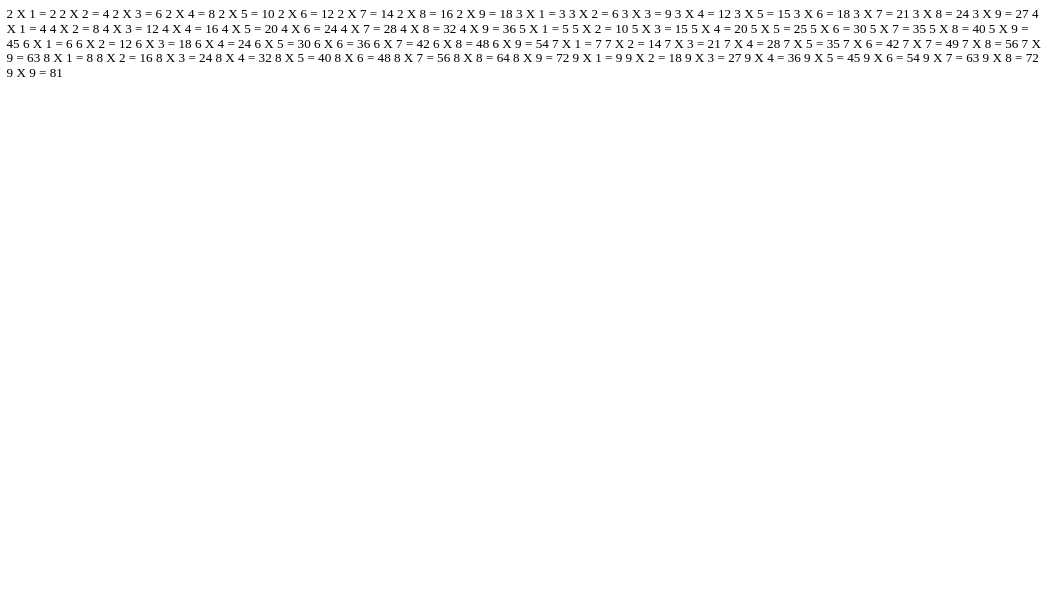
Repository: lhk21go-commits/Jsp2026
Page: http://localhost/chapter01/test02.jsp
An editor plug-in stored every save of this project. The page is shown before and after the next save, followed by the edit.
The browser window is 1280 px wide. The pictures show the whole page, at 82% of full size.
The page is served by Tomcat 9.

Above is the page before, as saved 2026-10-16 02:34:15.

After the next save:
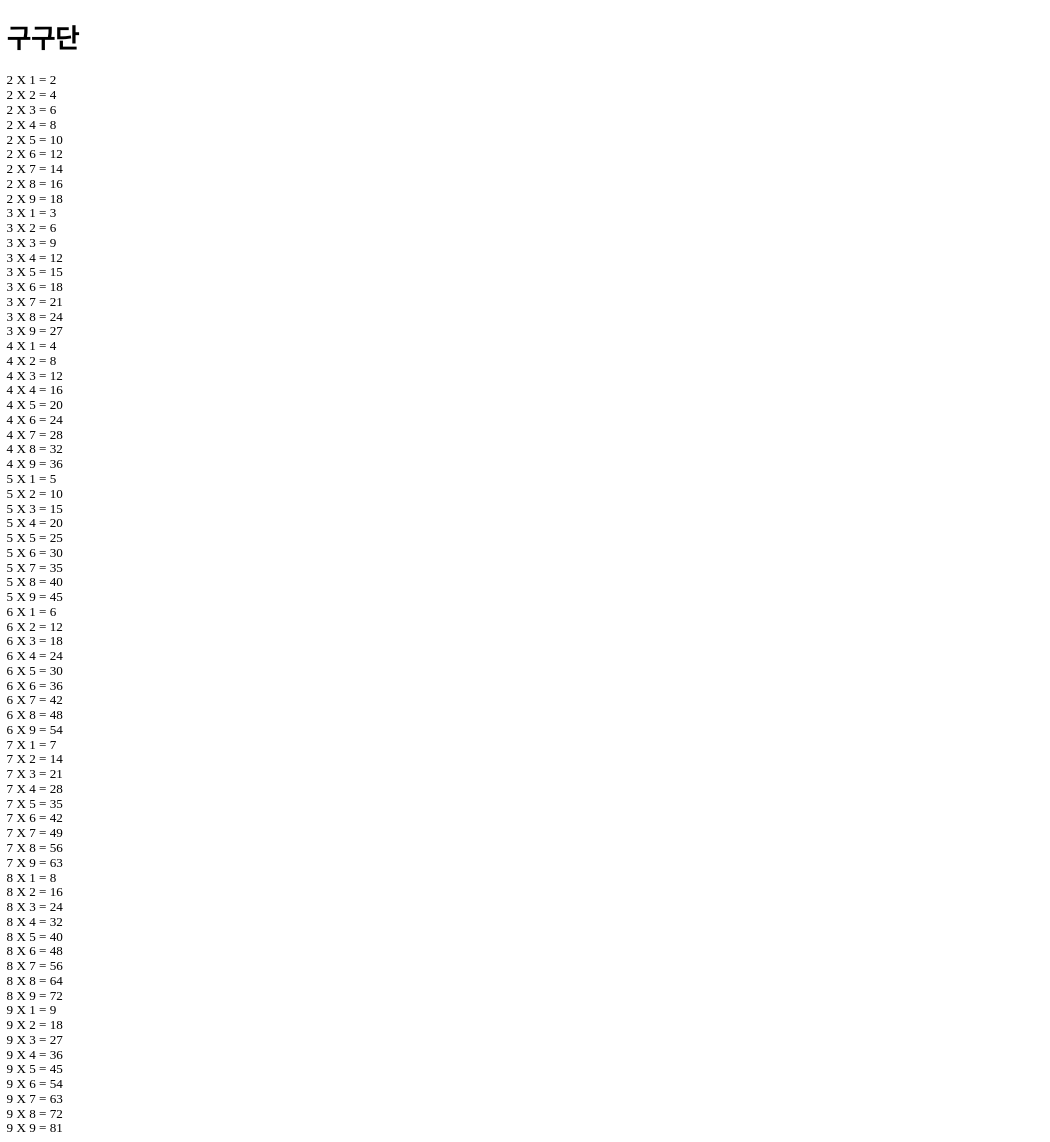
Saved 2 min 22 s later.
--- a/chapter01/src/main/webapp/test02.jsp
+++ b/chapter01/src/main/webapp/test02.jsp
@@ -8,10 +8,11 @@
 </head>
 <body>
 <!-- 구구단 2단 ~ 9단까지 모두 출력할 것 -->
+	<h1>구구단</h1>
 
 <%	for(int i=2; i<=9; i++){
 		for(int j=1; j<=9; j++){	%>
-			<span><%= i + " X " + j + " = "+ i*j %></span>
+			<%= i + " X " + j + " = "+ i*j %><br/>
 		<% }
 	}
 %>
